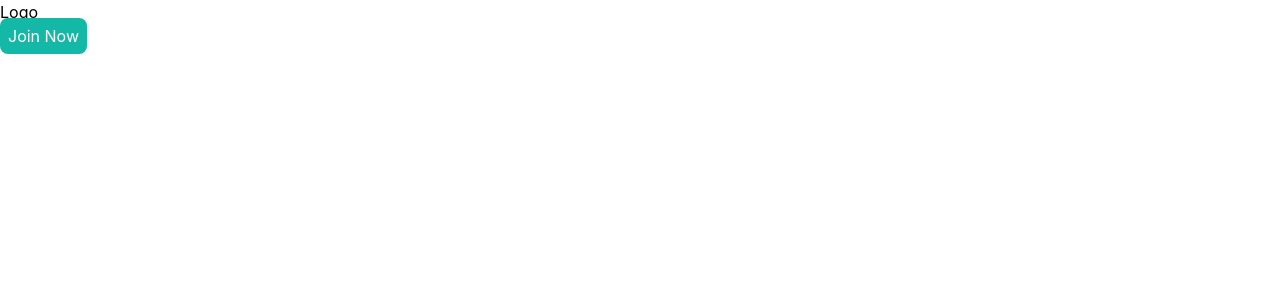
Repository: arafatmollah/auth-app
Page: /
An editor plug-in stored every save of this project. The page is shown before and after a run of saves, followed by the edit.
The browser window is 1280 px wide. The pictures show the whole page.
The project was rebuilt for these pictures with package versions that can differ from the ones it lists, and the page was loaded fresh each time. The framework's server and built-in components were replaced by stand-ins that run in the browser. Also part of the build but not shown: next.config.js.

Above is the page before, as saved 2022-10-03 16:07:20.

After the next 3 saves:
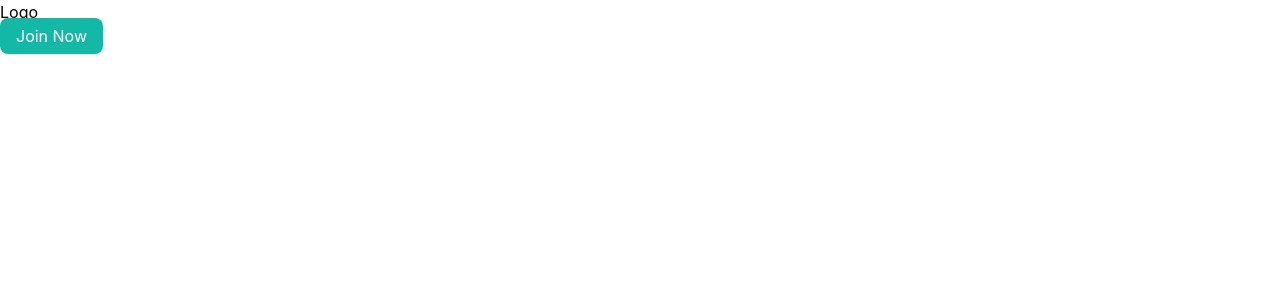
The 3 saves are shown as one change because they came seconds apart.
The last was saved 47 s later.
--- a/components/Nav.js
+++ b/components/Nav.js
@@ -7,7 +7,7 @@ function Nav() {
         <Link href="/">Logo</Link>
         <ul>
             <Link href="/auth">
-            <a className='p-2 bg-teal-500 my-5 rounded-lg text-white'>Join Now</a>
+            <a className='py-2 px-4 bg-teal-500 my-5 rounded-lg text-white'>Join Now</a>
             </Link>
         </ul>
     </div>
